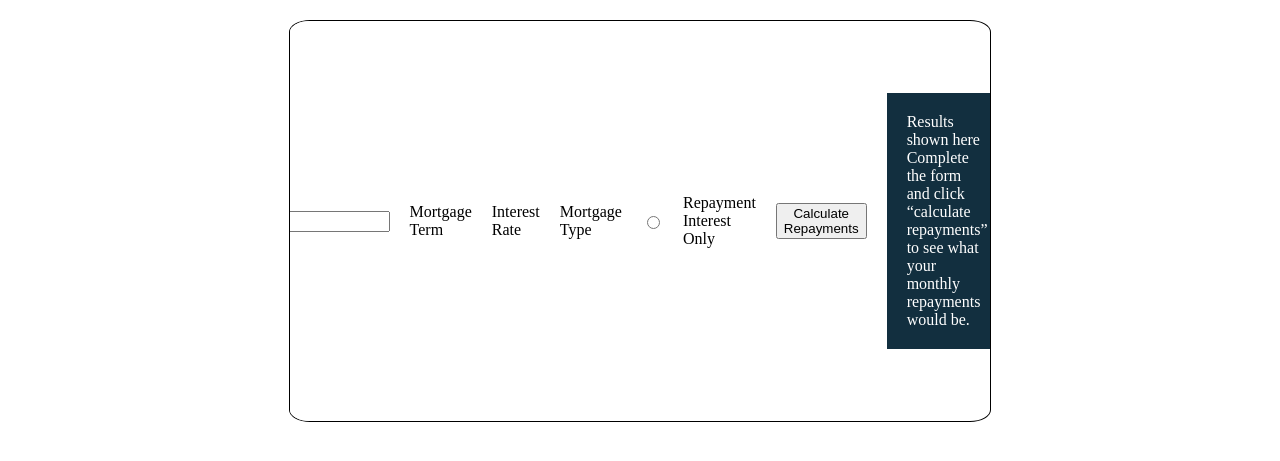
Repository: GravielPV/Mortgage-repayment-calculator
Page: index.html
An editor plug-in stored every save of this project. The page is shown before and after a run of saves, followed by the edit.
The browser window is 1280 px wide. The pictures show the whole page.

Above is the page before, as saved 2025-12-11 16:55:36.

### index.html
<!DOCTYPE html>
<html lang="en">
<head>
  <meta charset="UTF-8">
  <meta name="viewport" content="width=device-width, initial-scale=1.0"> <!-- displays site properly based on user's device -->

  <link rel="icon" type="image/png" sizes="32x32" href="./assets/images/favicon-32x32.png">
  <link rel="stylesheet" href="styles.css">
  <title>Frontend Mentor | Mortgage repayment calculator</title>


</head>
<body>
  <div class="carta">

    <div class="lado izquierdo">

 <h3> Mortgage Calculator </h3>
  <a href="#">Clear All</a>

  <label for="mortgage">Mortgage Amount</label>
<input type="text" name="mortgage" id="input-mortgage" placeholder="Monto$">
<label for="">Mortgage Term</label>
<label for=""> Interest Rate</label>
  <label for="">Mortgage Type</label>
  <input type="radio">
  Repayment
  Interest Only
    </input>
  <div class="boton">

    <button>Calculate Repayments</button>
  </div>

  <!-- Empty results start -->

  <div class="lado derecho">

  Results shown here

  Complete the form and click “calculate repayments” to see what
  your monthly repayments would be.
  </div>

  <!-- Empty results end -->

  <!-- Completed results start -->

  <div class="resultado">
  Your results

  Your results are shown below based on the information you provided.
  To adjust the results, edit the form and click “calculate repayments” again.

  Your monthly repayments

  Total you'll repay over the term
  </div>

  </div>

  <!-- Completed results end -->

</body>
</html>

### styles.css
.carta{
    width: 700px;
    height: 400px;
display: flex;
margin: 20px auto;
border-radius: 3%;
border: 1px solid rgb(0, 0, 0);
 overflow: hidden;
}

.lado{
    width: 50%;
    display: flex;

    justify-content: center;
    align-items: center;
    gap: 20px;
    padding: 20px;


}

.izquierdo{
display: flex;
    background-color: rgb(255, 255, 255);
}

.derecho{

    background-color: hsl(202, 55%, 16%);
    color: white;
}

.resultado{
    display: none;
}

After the next 2 saves:
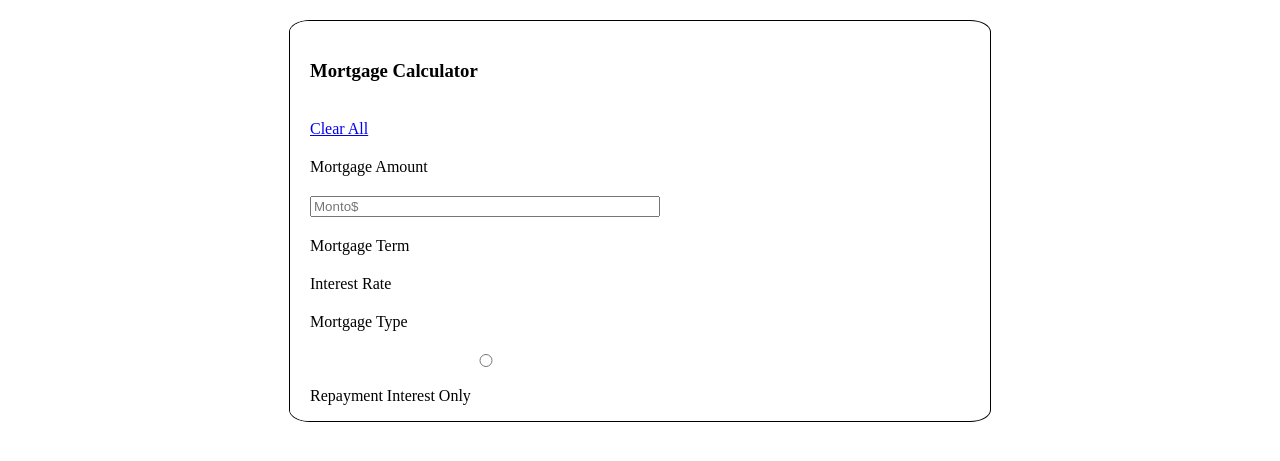
The 2 saves are shown as one change because they came seconds apart.
The last was saved 10 s later.
--- a/styles.css
+++ b/styles.css
@@ -11,9 +11,8 @@ border: 1px solid rgb(0, 0, 0);
 .lado{
     width: 50%;
     display: flex;
+    flex-direction: column;
 
-    justify-content: center;
-    align-items: center;
     gap: 20px;
     padding: 20px;
 
